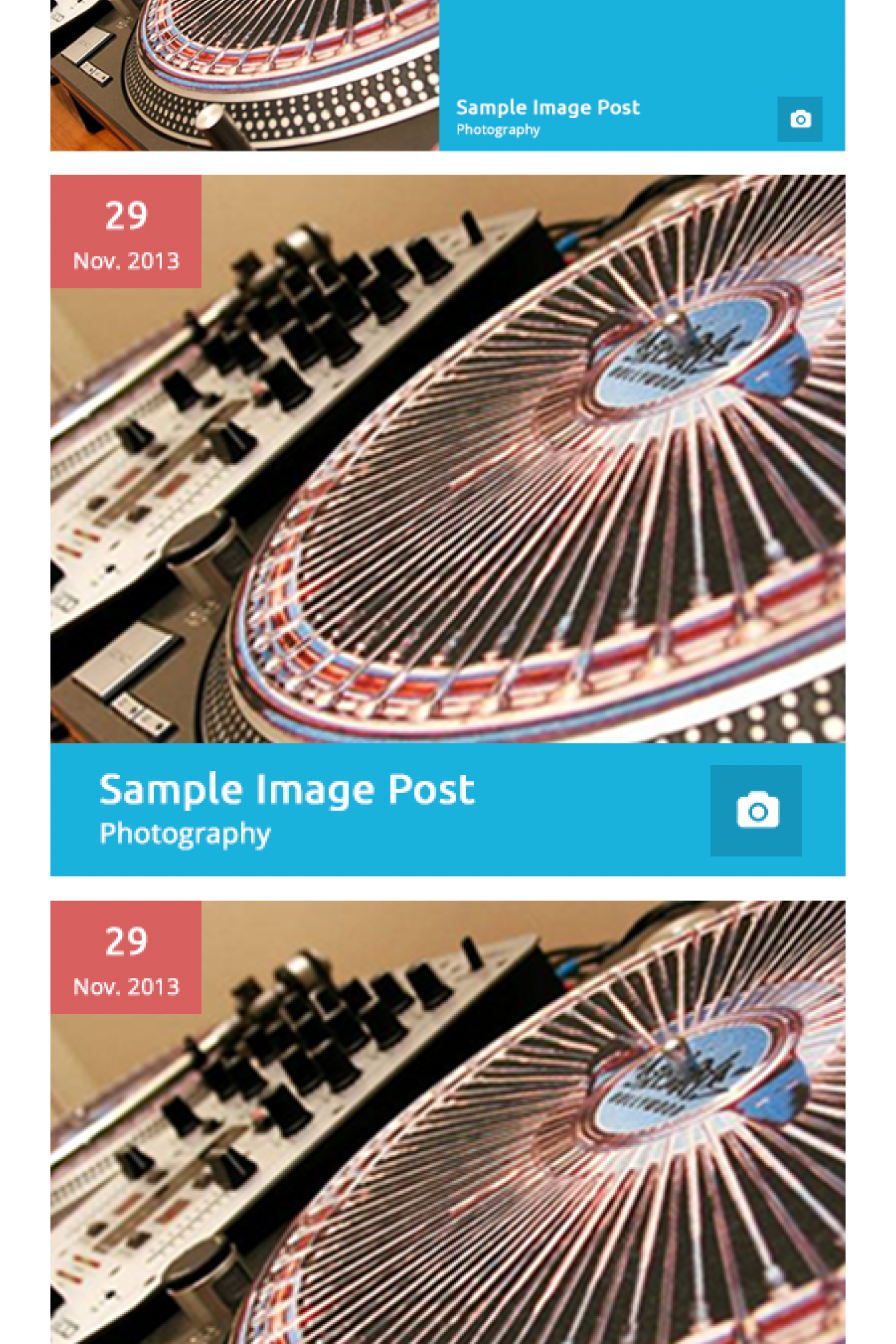
Repository: lpcmendoza/LAB02BF_Group9
Page: index.html
These files come from the project's save history. The page is drawn as it stood at one moment and after the next save; the edit follows.
The browser window is 1280 px wide. The pictures show the part of the page from y = 2854 to 4774 px (the page is 14739 px tall before and 13194 px after), at 70% of full size.

Above is the page before, as saved 2024-02-11 22:50:25.

After the next save:
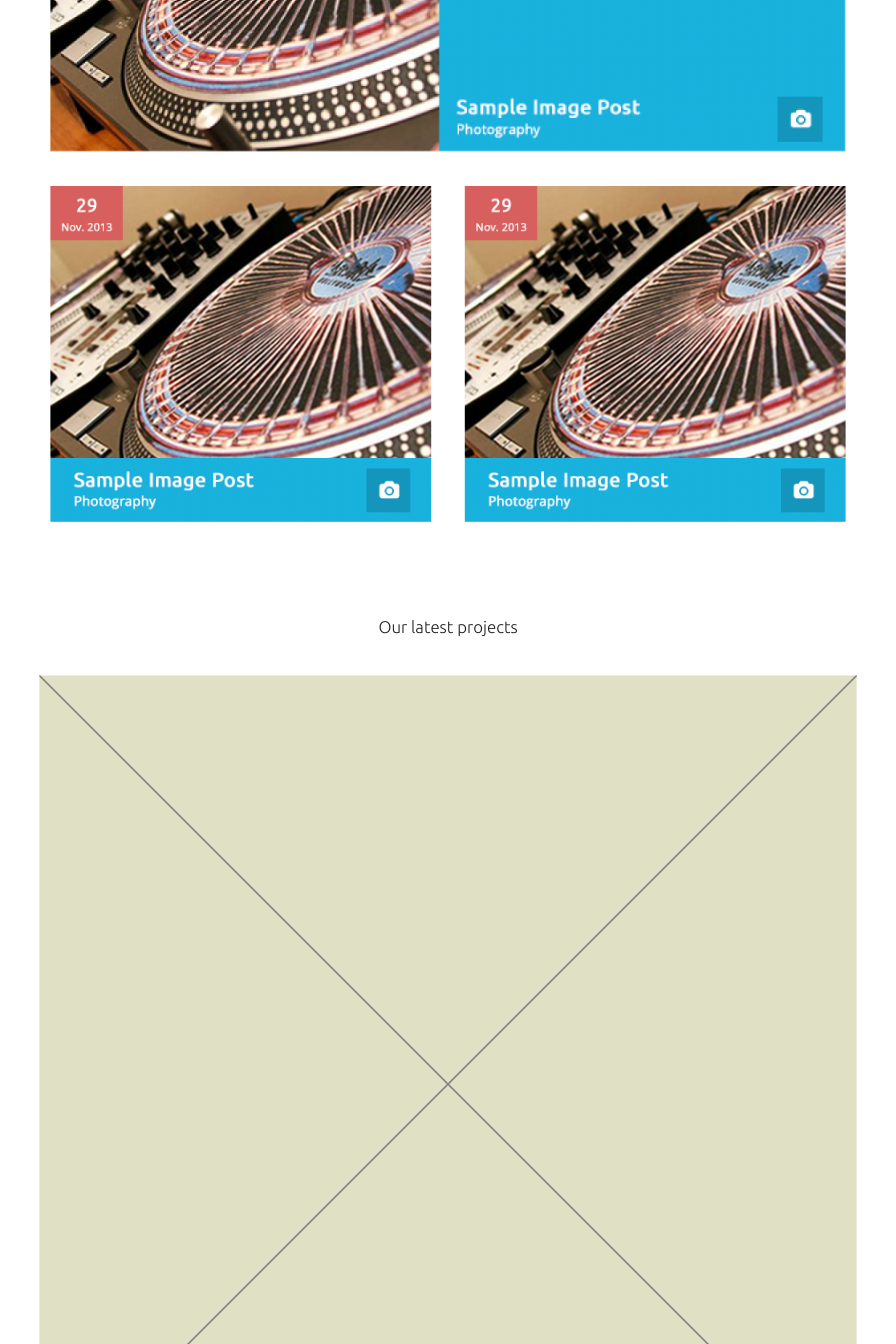
Saved 2 min 7 s later.
--- a/css/style.css
+++ b/css/style.css
@@ -374,6 +374,16 @@
     display: none;
   }
 
+  .whats-new-content {
+    display: grid;
+    grid-template-columns: 1fr 1fr;
+    grid-gap: 1rem;
+  }
+
+  .whats-new-body-1 {
+    grid-column: 1 / -1;
+  }
+
 }
 
 
